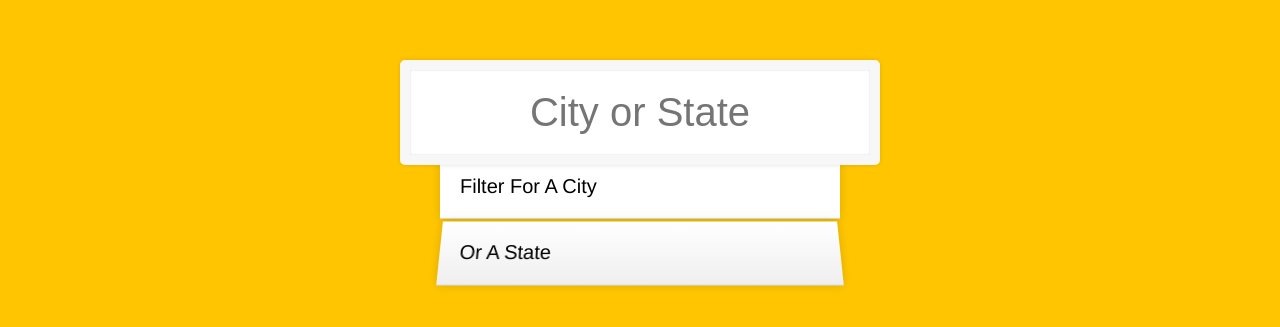
Repository: Saieebawake/Type-Ahead-City-or-State-Search
Page: index.html
An editor plug-in stored every save of this project. The page is shown before and after the next save, followed by the edit.
The browser window is 1280 px wide. The pictures show the whole page.
The page's requests for data from a server got no answer.

Above is the page before, as saved 2026-09-27 20:44:22.

After the next save:
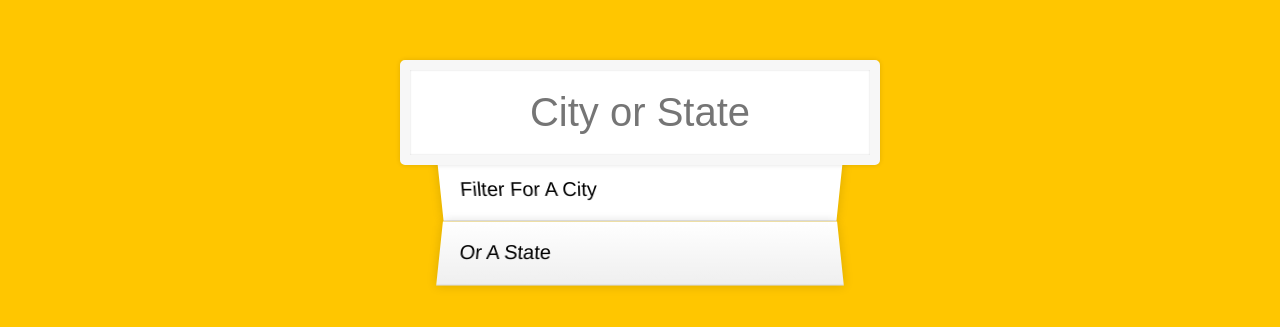
Saved 8 s later.
--- a/style.css
+++ b/style.css
@@ -60,5 +60,5 @@ input.search {
 }
 
 .suggestions li:nth-child(odd) {
-    transform: perspective(100px) rotateX(-3deg) translateY
+    transform: perspective(100px) rotateX(-3deg) translateY(3px);
 }
